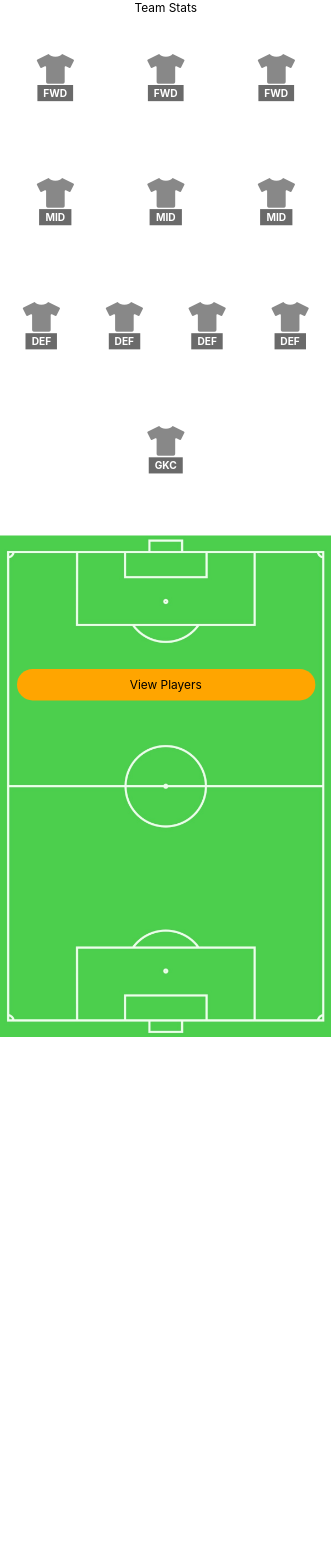
Repository: JavaidAhmadKhan/UEFA
Screen: /
These files come from the project's save history. The screen is drawn as it stood at one moment and after a run of saves; the edit follows.
The pictures are shown at 85% of full size.
The app was drawn by React Native's web renderer in a window 390 px wide. The project was rebuilt for these pictures with package versions that can differ from the ones it lists, and the page was loaded fresh each time. Some packages were replaced by stand-ins written for this rebuild.

Above is the screen before, as saved 2021-07-07 11:56:47.

After the next 3 saves:
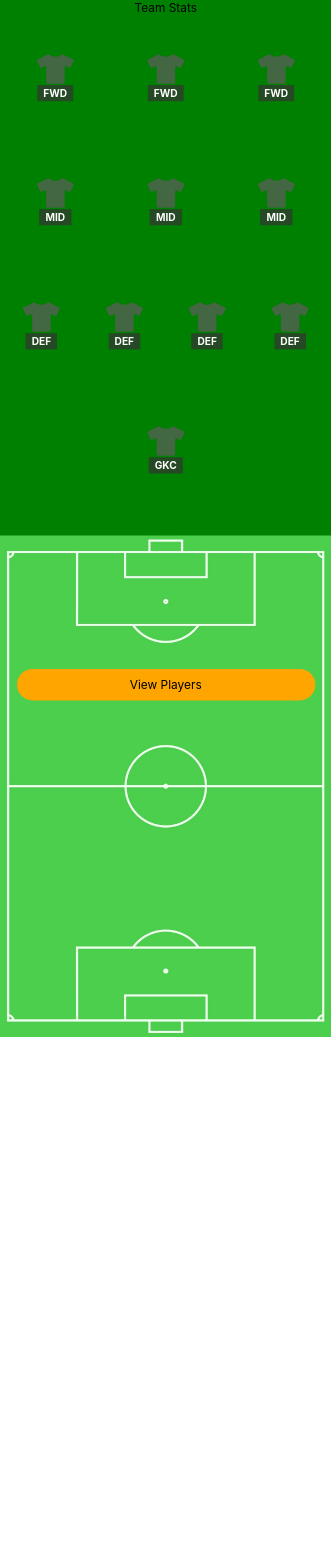
The 3 saves are shown as one change because 1 did not build or start and some came seconds apart.
The last was saved 51 s later.
--- a/screens/TabOneScreen.tsx
+++ b/screens/TabOneScreen.tsx
@@ -30,6 +30,7 @@ const styles = StyleSheet.create({
   container: {
     flex: 1,
     alignItems: "center",
+    backgroundColor: "green",
     paddingTop: Platform.OS === "android" ? 30 : 0,
   },
   buttonContainer: {
